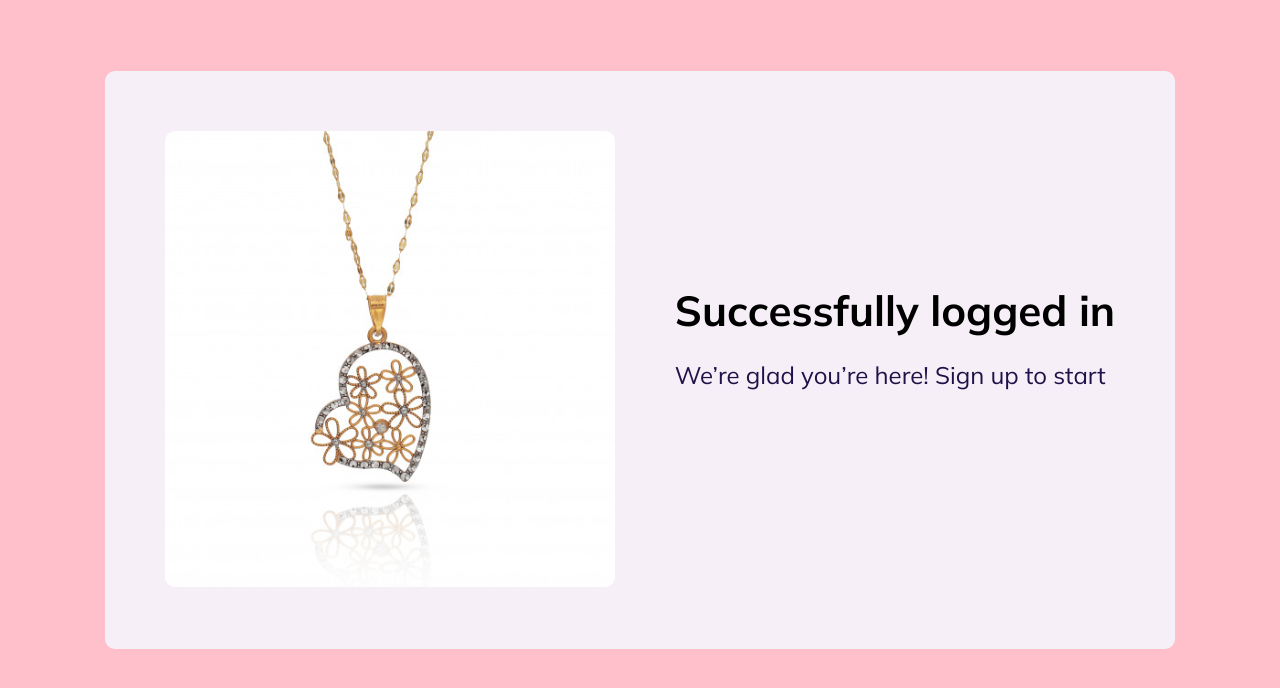
Repository: codezeloss/Valinteca-task
Page: succeed.html
The author's editor kept a copy of each file at every save. The page is drawn from the files as they stood at one save, then again after the next save.
The browser window is 1280 px wide. The pictures show the whole page.

Above is the page before, as saved 2022-12-09 20:58:19.

After the next save:
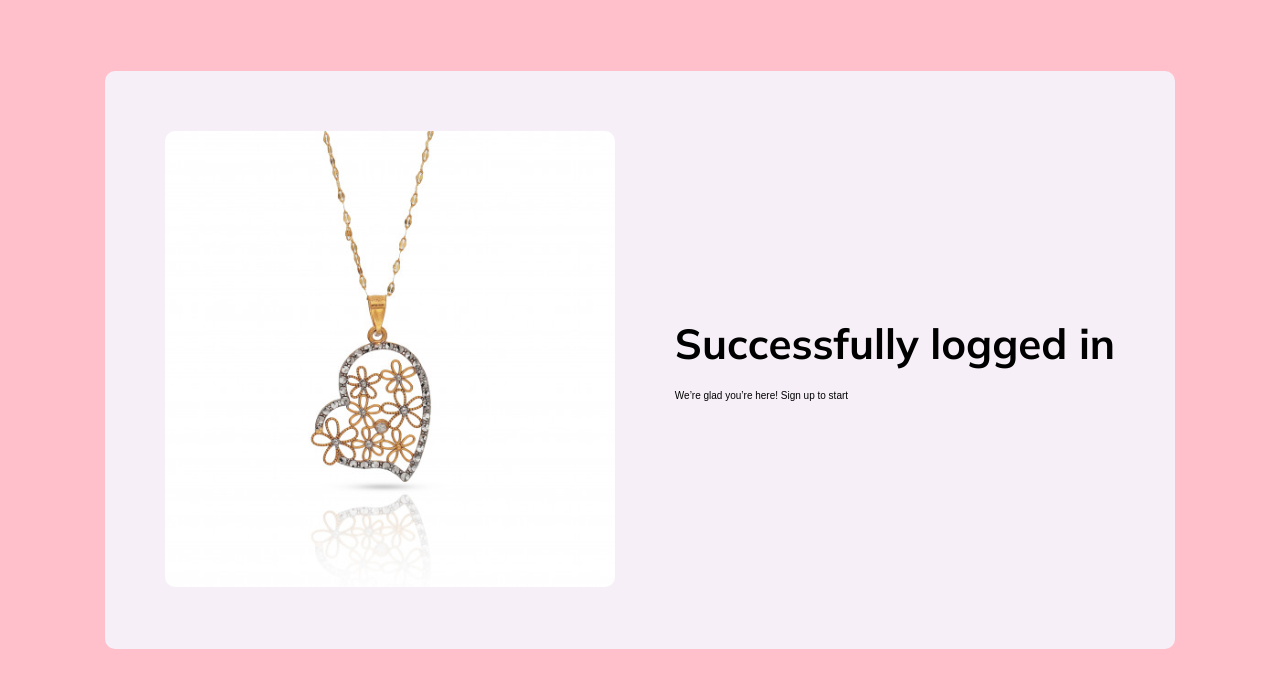
Saved 8 s later.
--- a/succeed.html
+++ b/succeed.html
@@ -30,7 +30,7 @@
         </div>
         <div>
           <h1 class="heading heading-secondary">Successfully logged in</h1>
-          <p class="text">We’re glad you’re here! Sign up to start</p>
+          <p class="user-email">We’re glad you’re here! Sign up to start</p>
         </div>
       </div>
     </div>
